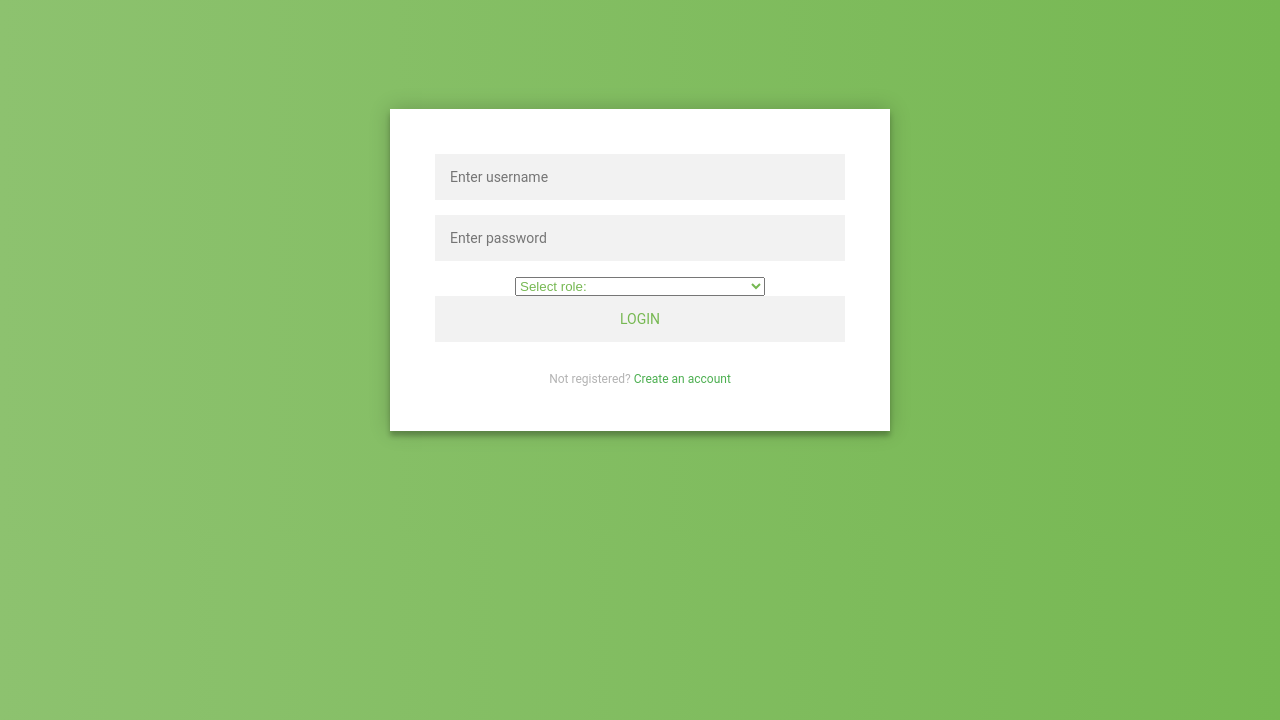
Repository: satishkumarms/WorkSpace
Page: MyWebDemos/WebContent/LoginPage.html
An editor plug-in stored every save of this project. The page is shown before and after the next save, followed by the edit.
The browser window is 1280 px wide. The pictures show the whole page.

Above is the page before, as saved 2018-07-18 06:57:18.

### MyWebDemos/WebContent/LoginPage.html
<!DOCTYPE html>
<html>
<head>
<meta charset="ISO-8859-1">


</head>
<style>
.login-page {
  width: 500px;
  padding: 8% 0 0;
  margin: auto;
}
.form {
  position: relative;
  z-index: 1;
  background: #FFFFFF;
  max-width: 500px;
  margin: 0 auto 100px;
  padding: 45px;
  text-align: center;
  box-shadow: 0 0 20px 0 rgba(0, 0, 0, 0.2), 0 5px 5px 0 rgba(0, 0, 0, 0.24);
}
.form input {
  font-family: "Roboto", sans-serif;
  outline: 0;
  background: #f2f2f2;
  width: 100%;
  border: 0;
  margin: 0 0 15px;
  padding: 15px;
  box-sizing: border-box;
  font-size: 14px;
}
.submit {
  font-family: "Roboto", sans-serif;
  text-transform: uppercase;
  outline: 0;
  background: #b3b3b3;

  width: 100%;
  border: 0;
  padding: 15px;
  color: #76b852;
  font-size: 14px;
  -webkit-transition: all 0.3 ease;
  transition: all 0.3 ease;
  cursor: pointer;
}
.form button:hover,.form button:active,.form button:focus {
  background: #43A047;
}
.form .message {
  margin: 15px 0 0;
  color: #b3b3b3;
  font-size: 12px;
}
.form .message a {
  color: #4CAF50;
  text-decoration: none;
}
.form .register-form {
  display: none;
}
.container {
  position: relative;
  z-index: 1;
  max-width: 300px;
  margin: 0 auto;
}
.container:before, .container:after {
  content: "";
  display: block;
  clear: both;
}
.container .info {
  margin: 50px auto;
  text-align: center;
}
.container .info h1 {
  margin: 0 0 15px;
  padding: 0;
  font-size: 36px;
  font-weight: 300;
  color: #1a1a1a;
}
.container .info span {
  color: #4d4d4d;
  font-size: 12px;
}
.container .info span a {
  color: #000000;
  text-decoration: none;
}
.container .info span .fa {
  color: #EF3B3A;
}
body {
  background: #76b852; /* fallback for old browsers */
  background: -webkit-linear-gradient(right, #76b852, #8DC26F);
  background: -moz-linear-gradient(right, #76b852, #8DC26F);
  background: -o-linear-gradient(right, #76b852, #8DC26F);
  background: linear-gradient(to left, #76b852, #8DC26F);
  font-family: "Roboto", sans-serif;
  -webkit-font-smoothing: antialiased;
  -moz-osx-font-smoothing: grayscale;
}

select {

overflow:hidden;
   width:250px;
  /*  -moz-border-radius: 9px 9px 9px 9px;
   -webkit-border-radius: 9px 9px 9px 9px; */
   /* border-radius: 9px 9px 9px 9px;
   box-shadow: 1px 1px 11px #330033; */
   color: #76b852; url("http://i62.tinypic.com/15xvbd5.png") no-repeat scroll 319px center;
   text-color: #76b852;

}
</style>

<div class="login-page">
  <div class="form">
    <form name='form1' class="login-form"  onsubmit = "return validatelogin()" action="http://localhost:8081/MyWebDemos/hs">
      <input type="text" name ="username" placeholder="Enter username" required/>
      <input type="password" name ="password" placeholder="Enter password"/>

    <select>
    <option value="0">Select role:</option>
    <option value="2">ADMIN</option>
    <option value="1">USER</option>
    </select>


      <input type="submit" class = 'submit' value ='Login' >

      <p class="message">Not registered? <a href="signup.html">Create an account</a></p>
    </form>
  </div>
</div>

<script>
function validatelogin()
{
 /* var username = document.getElementById('username');
 var password = document.getElementById('password'); */
 var username = form1.username;
 var password = form1.password;
 if(username.value=='' || password.value=='')

	{
	alert("please enter username");
	return false;
	}
	else{
	  alert("sending values-->"+username.value+ "-->" + password.value);
	  return true;
	}
}

</script>


</html>

After the next save:
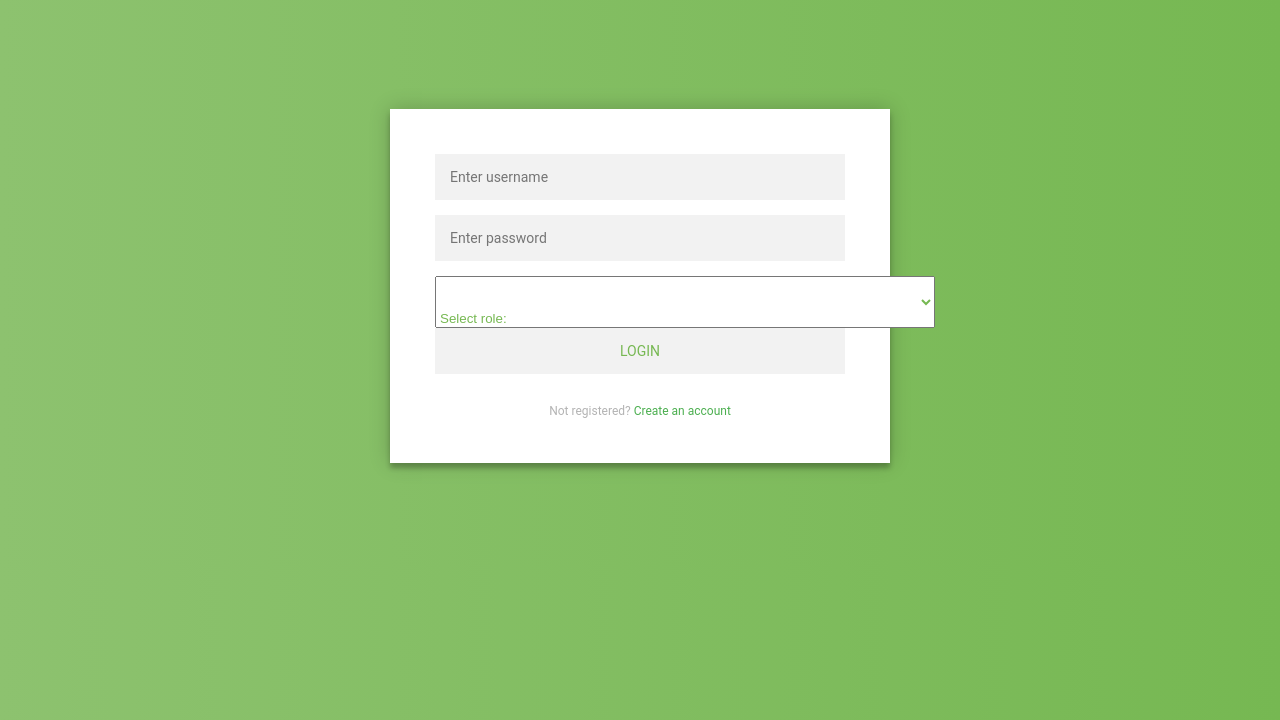
Saved 50 s later.
--- a/MyWebDemos/WebContent/LoginPage.html
+++ b/MyWebDemos/WebContent/LoginPage.html
@@ -109,7 +109,10 @@ body {
 select {
 
 overflow:hidden;
-   width:250px;
+
+    width: 500px;
+  padding: 8% 0 0;
+  margin: auto;
   /*  -moz-border-radius: 9px 9px 9px 9px;
    -webkit-border-radius: 9px 9px 9px 9px; */
    /* border-radius: 9px 9px 9px 9px;
